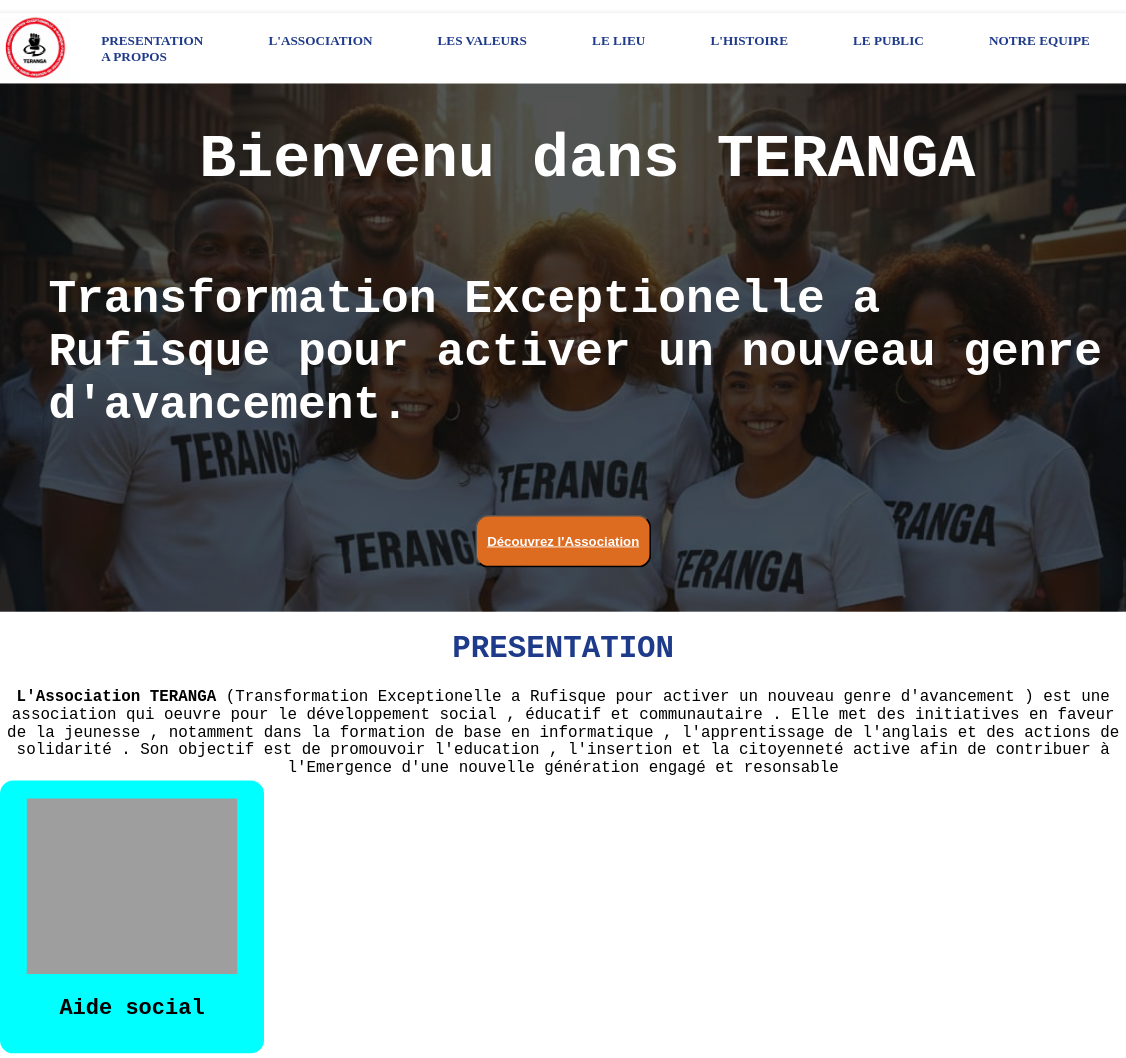
Repository: assanendao171/projet-teranga
Page: presentation.html
An editor plug-in stored every save of this project. The page is shown before and after the next save, followed by the edit.
The browser window is 1280 px wide. The pictures show the whole page, at 88% of full size.
Pictures or frames that could not be fetched are drawn as grey boxes.

Above is the page before, as saved 2026-02-11 13:54:51.

### presentation.html
<!DOCTYPE html>
<html lang="en">
<head>
    <meta charset="UTF-8">
    <meta name="viewport" content="width=device-width, initial-scale=1.0">
    <title>Document</title>
    <link rel="stylesheet" href="presentation.css">
</head>
<body>
<!-- l'entete -->
 <header>
        <!-- logo -->
<img src="image/logo.jpeg" alt="" class="logo">
<div class="btn-nav">

    <nav>

<a href="presentation.html" target="_blank">PRESENTATION</a>
<a href="association.html" target="_blank">L'ASSOCIATION</a>
<a href="valeur.html" target="_blank">LES VALEURS</a>
<a href="lieu.html" target="_blank">LE LIEU</a>
<a href="histoire.html" target="_blank">L'HISTOIRE</a>
<a href="public.html" target="_blank">LE PUBLIC</a>
<a href="equipe.html" target="_blank">NOTRE EQUIPE</a>
<a href="propos.html" target="_blank">A PROPOS</a>
    </nav>
</div>
 </header>
 <!-- le hero -->
  <div class="hero">
<div class="texte-accrosse">
    <h1>Bienvenu dans TERANGA</h1>
    <h2>Transformation Exceptionelle a Rufisque pour activer un nouveau genre d'avancement.</h2>
</div>
<!-- btn-hero -->
 <div class="btn">
<button class="btn-hero"><a href="association.html" target="_blank">Découvrez l'Association</a></button>
</div>
  </div>
 <!-- le corps -->
  <main>
    <h1 id="h-presentation">PRESENTATION</h1>
    <p id="p-presentation"><strong>L'Association TERANGA </strong> (Transformation Exceptionelle a Rufisque pour activer un nouveau genre d'avancement ) est une association
    qui oeuvre pour le développement social , éducatif et communautaire . Elle met  des initiatives en faveur de la jeunesse , notamment dans la formation de base en informatique ,
    l'apprentissage de l'anglais et des actions de solidarité . Son objectif  est de promouvoir l'education , l'insertion et la citoyenneté active afin de contribuer
à l'Emergence d'une nouvelle génération engagé et resonsable</p>
<div class="contain-image">
<div class="image1">
<img src="image/aidesocial.jpg" alt="aide social" class="image-aide">
<span id="texte-aide-social">Aide social</span>
<p></p>
</div>
<div >

</div>
<div >

</div>
</div>
  </main>
  <!-- le pieds -->
   <footer></footer>
</body>
</html>

### presentation.css
body{
    margin: 15px 0 5px 0;
}
header{
width: 100%;
height: 80px;
background-color: #FFFFFF;
box-shadow: 2px 6px 6px 6px rgba(0, 0, 0, 0.1);
display: flex;
align-items: center;
justify-content: center;
}
nav a{
    margin: 35px;
    color: #1E3A8A;
    text-decoration: none;
    font-size: 15px;
    font-weight:900;
}
nav a:hover{
    text-decoration: underline;
}
.logo{
    width: 80px;
left: 10px;
}
.hero{
  width:100%;
  height:600px ;
  background-image:
    linear-gradient(rgba(0, 0, 0, 0.6), rgba(0, 0, 0, 0.6)),
    url("image/background.jpeg");
  background-size: cover;
  background-position: top;
  background-repeat: no-repeat;
}
.texte-accrosse{
display: flex;
flex-direction: column;
justify-content: center;
align-items: center;
color: rgb(255, 255, 255);
font-size: 35px;
font-family: 'Courier New', Courier, monospace;
margin-left: 55px;
}
.btn-hero{
width: 200px;
height: 60px;
border-radius: 15px;
background-color: #DD6B20;
font-size: 15px;
font-weight: 600;
color: #FFFFFF;

}
.btn-hero a{
color: #FFFFFF;
}
.btn{
    padding: 50px;
    display: flex;
    flex-direction: column;
    justify-content: center;
    align-items: center;
}
#h-presentation{
        color: #1E3A8A;

    text-align: center;
    font-size: 35px;
font-family: 'Courier New', Courier, monospace;
}
#p-presentation{
    text-align: center;
    font-size: 18px;
font-family: 'Courier New', Courier, monospace;
margin: 5px ;
}
.contain-image{
    display: flex;
    gap: 25px;
    text-align: center;
}
.image1{
    width: 300px;
    height: 310px;
    text-align: center;
    background-color: aqua;
    border-radius: 15px;
}
.image-aide{
        width: 240px;
    height: 200px;
    padding: 20px;
    border-radius: 20px;
}
#texte-aide-social{
        font-size: 25px;
        font-weight:bold;
font-family: 'Courier New', Courier, monospace;
}

After the next save:
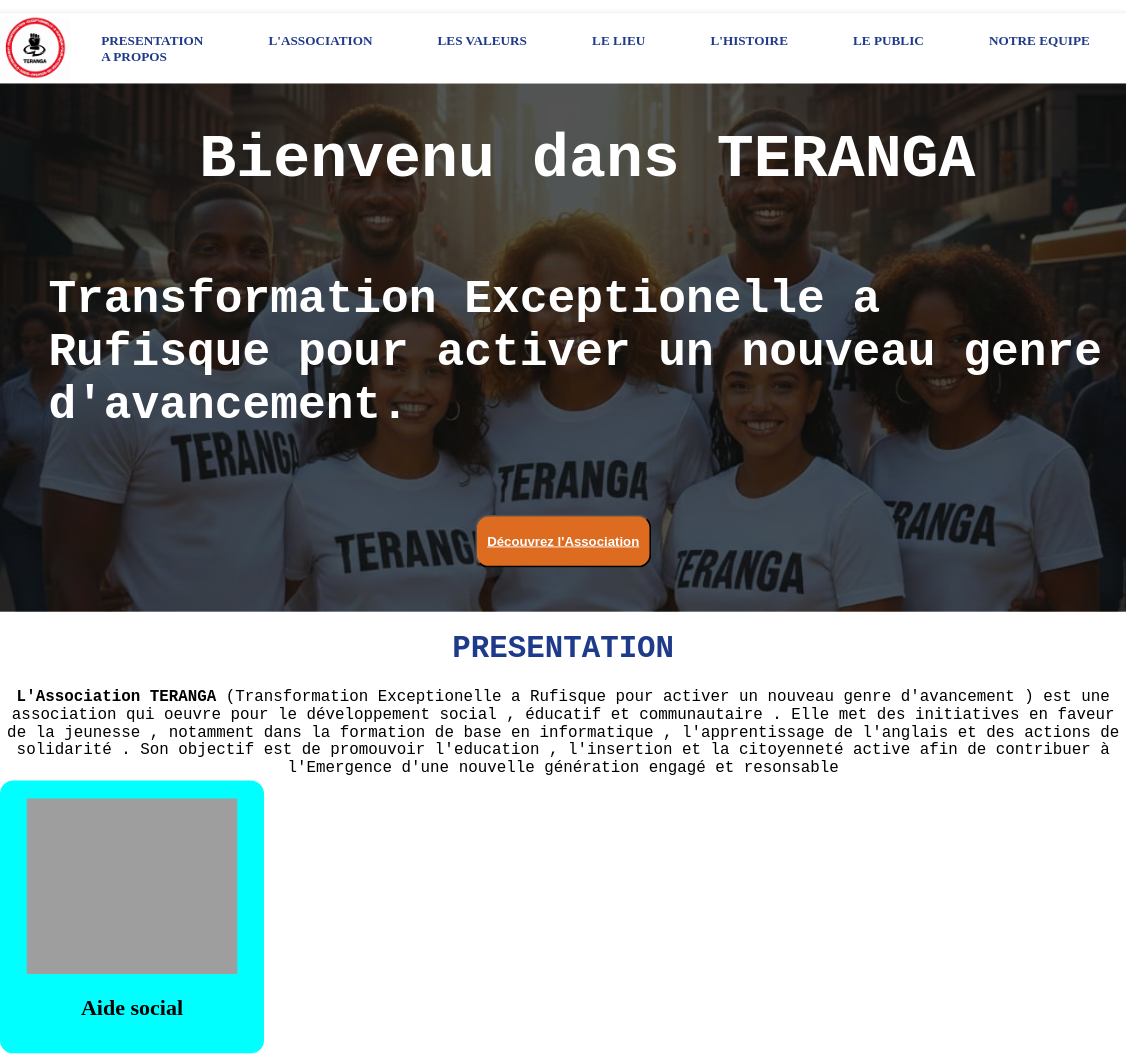
Saved 9 s later.
--- a/presentation.css
+++ b/presentation.css
@@ -98,5 +98,6 @@ margin: 5px ;
 #texte-aide-social{
         font-size: 25px;
         font-weight:bold;
+        fo
 font-family: 'Courier New', Courier, monospace;
 }

After the 2 saves that followed:
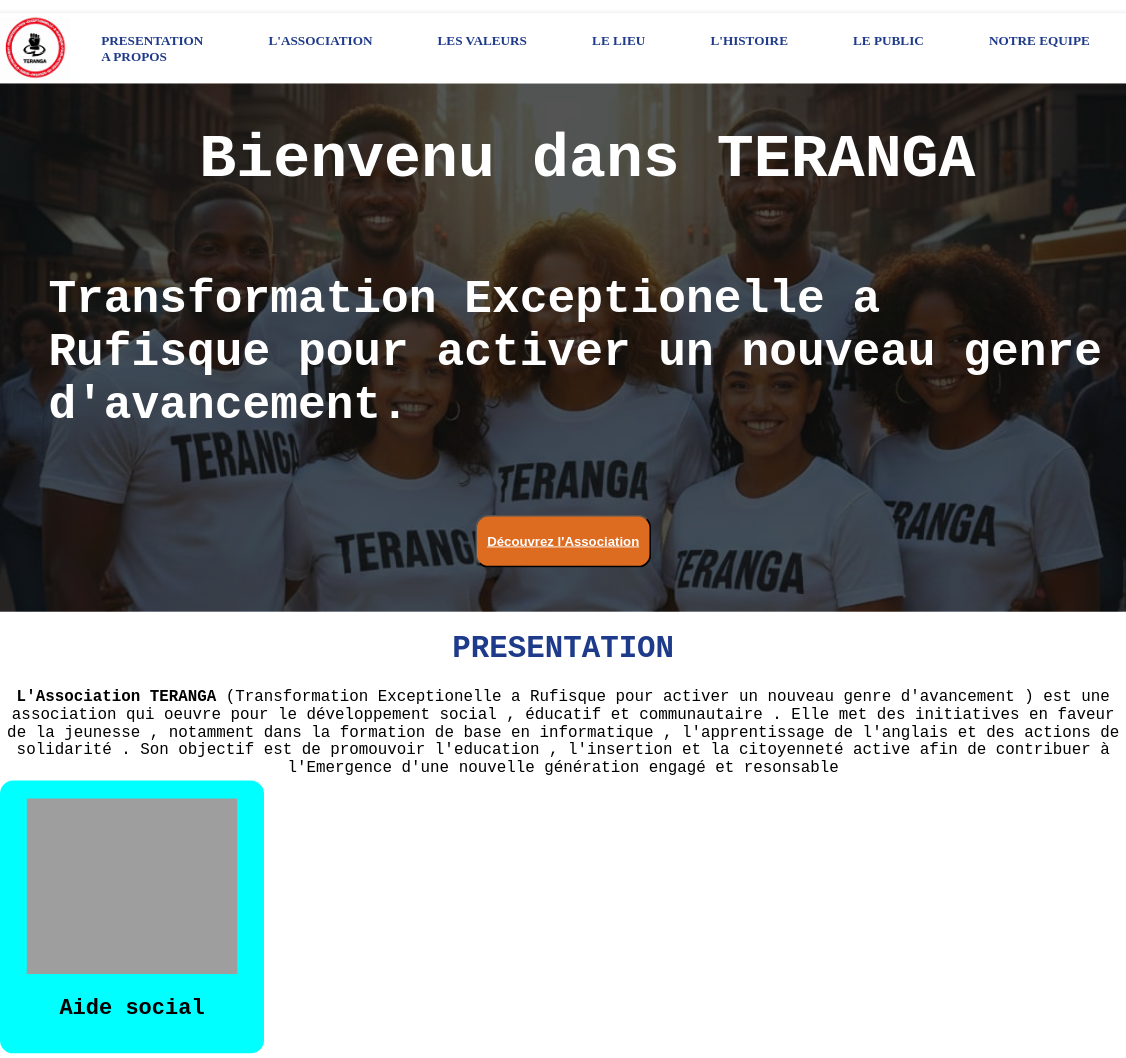
The 2 saves are shown as one change because they came seconds apart.
The last was saved 5 s later.
--- a/presentation.css
+++ b/presentation.css
@@ -98,6 +98,6 @@ margin: 5px ;
 #texte-aide-social{
         font-size: 25px;
         font-weight:bold;
-        fo
+        font-family: 'Courier New', Courier, monospace;
 font-family: 'Courier New', Courier, monospace;
 }
